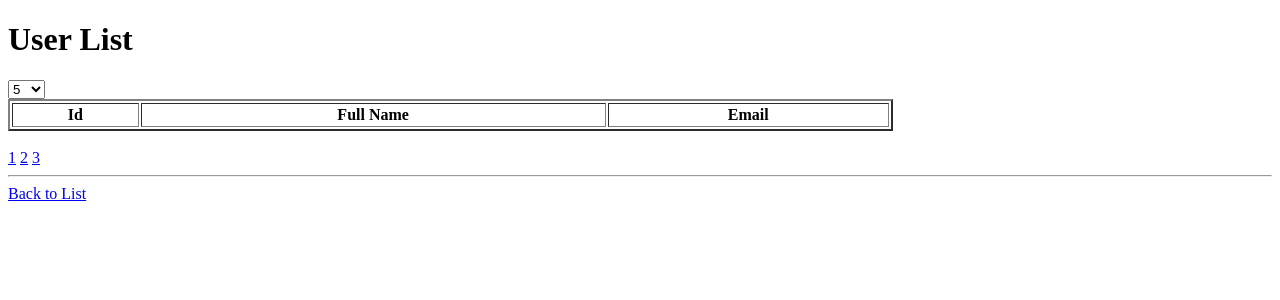
Repository: haitmq97/java-lab
Page: http://localhost/PRJ321x_Project1_haitmqfx22585-test-2/WEB-INF/views/view-page.jsp
The author's editor kept a copy of each file at every save. The page is drawn from the files as they stood at one save, then again after the next save.
The browser window is 1280 px wide. The pictures show the whole page.
The page is served by Tomcat 9. Nobody is signed in. The template is opened directly, without the code that normally fills it, so the values that code supplies are empty.

Above is the page before, as saved 2024-01-11 17:39:45.

After the next save:
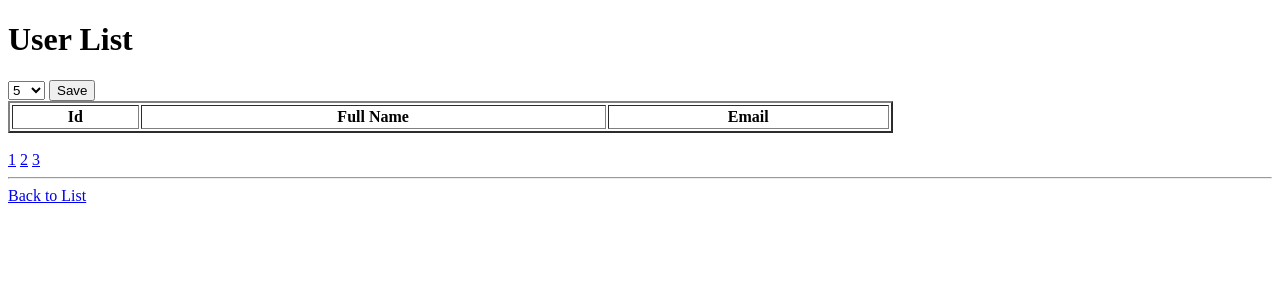
Saved 28 s later.
--- a/PRJ321x_Project1_haitmqfx22585-test-2/WebContent/WEB-INF/views/view-page.jsp
+++ b/PRJ321x_Project1_haitmqfx22585-test-2/WebContent/WEB-INF/views/view-page.jsp
@@ -12,7 +12,8 @@
 		<option value="20">20</option>
 		<option value="all">all</option>
 	</select>
-
+		<input type="submit" value="Save"
+				class="btn btn-info mt-4 col-2 d-block mx-auto" />
 
 	<table border="2" width="70%" cellpadding="2">
 		<tr>
